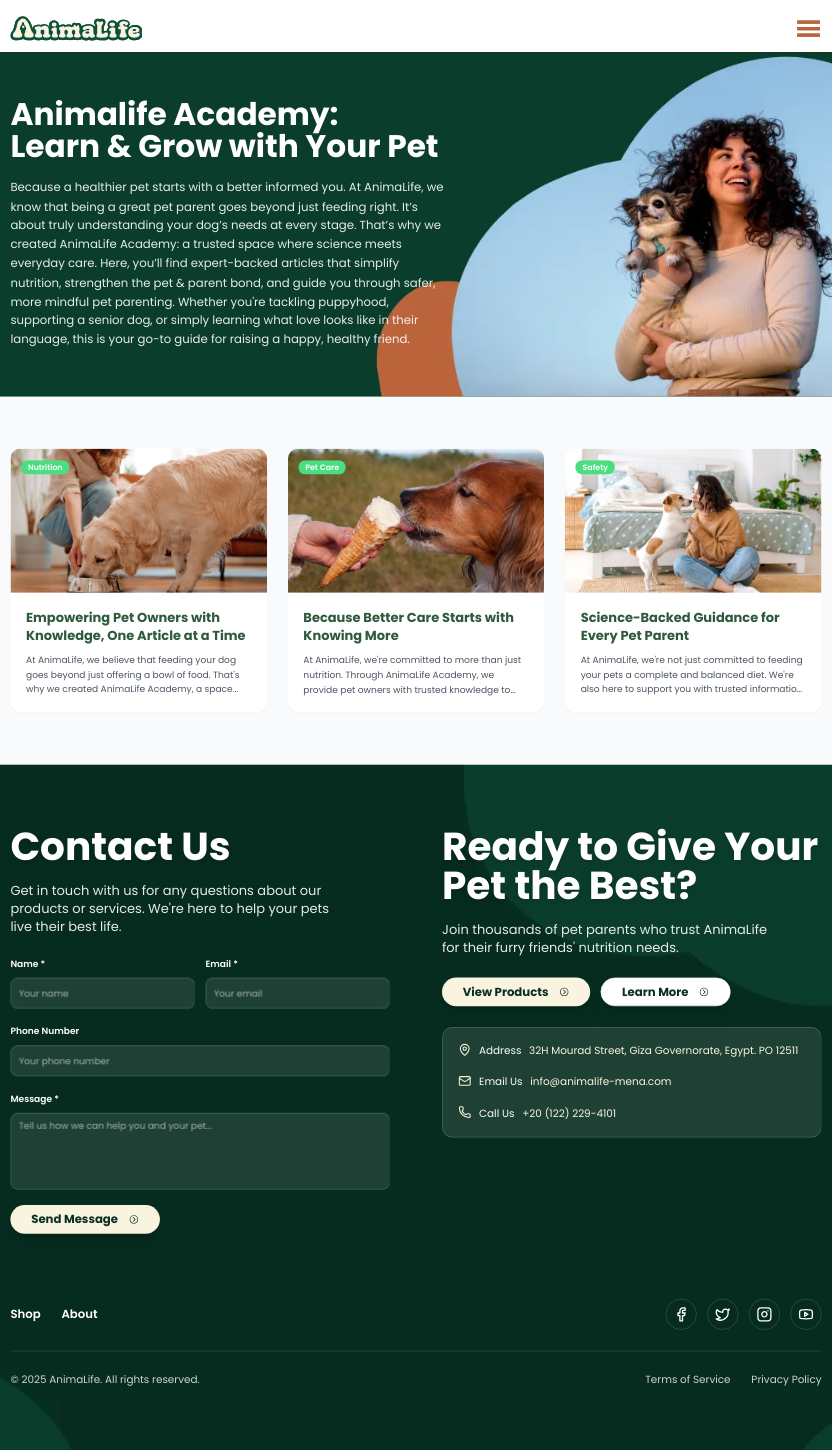
Repository: the-jupiteragency/animalife
Page: /academy
These files come from the project's save history. The page is drawn as it stood at one moment and after the next save; the edit follows.
The browser window is 1280 px wide. The pictures show the whole page, at 65% of full size.
The project was rebuilt for these pictures with package versions that can differ from the ones it lists, and the page was loaded fresh each time. The framework's server and built-in components were replaced by stand-ins that run in the browser. Also part of the build but not shown: next.config.mjs.

Above is the page before, as saved 2025-08-05 09:35:38.

After the next save:
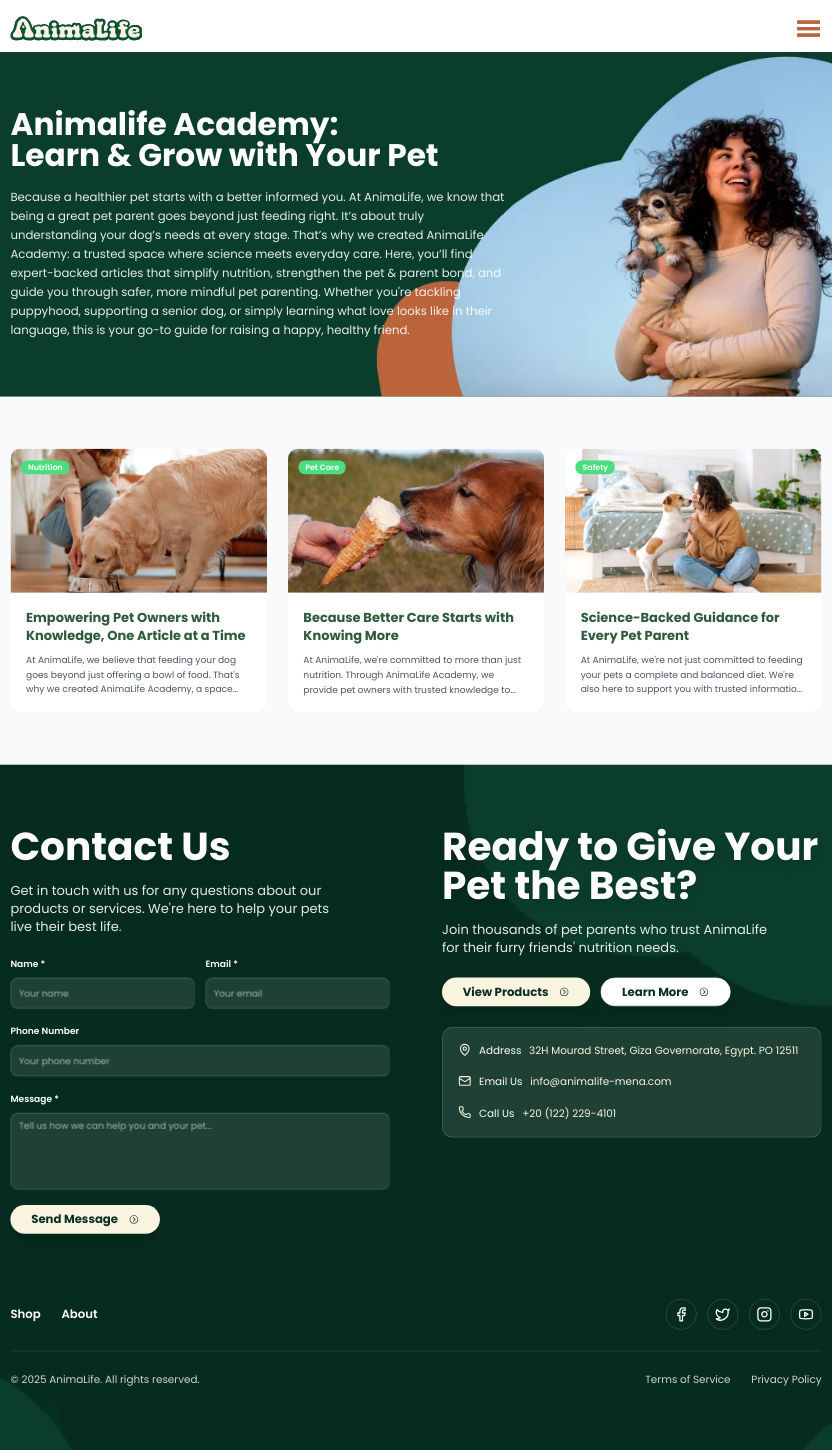
Saved 6 s later.
--- a/app/academy/page.tsx
+++ b/app/academy/page.tsx
@@ -29,7 +29,7 @@
             />
           </div>
           <div className="relative z-10 container mx-auto px-4 h-full flex items-center">
-            <div className="max-w-2xl">
+            <div className="max-w-3xl">
               <h1 className="text-4xl md:text-5xl font-bold text-white mb-6">
                 Animalife Academy:
                 <br />
